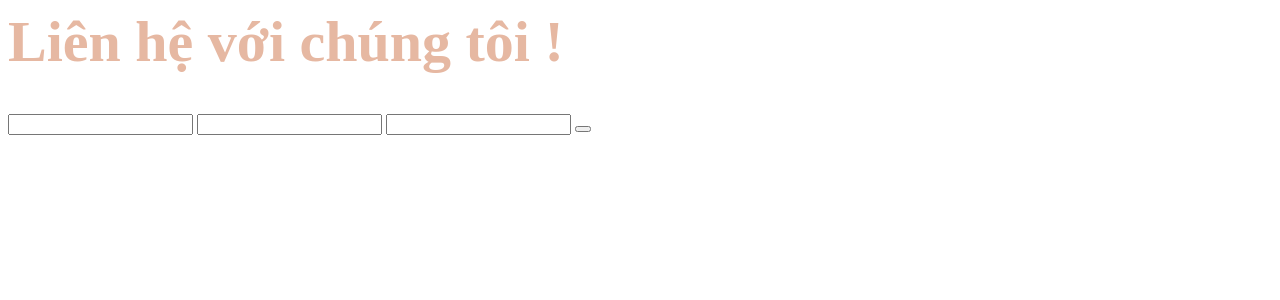
Repository: mingbeo100-boop/website_bancheonline
Page: http://localhost/pages/lienhe.php
The author's editor kept a copy of each file at every save. The page is drawn from the files as they stood at one save, then again after the next save.
The browser window is 1280 px wide. The pictures show the whole page.
The page is run by PHP 8.4 with error messages shown; the project is at /var/www/html/.

Above is the page before, as saved 2025-11-27 07:55:50.

### pages/lienhe.php
    <style>
        h1 {
            font-family: 'Dancing Script', cursive;
            color: #E6B8A2;
            font-size: 58px;
        }
    </style>

    <h1 class="text-center">Liên hệ với chúng tôi !</h1>

    <form>
        <input type="text" name="name" required>
        <input type="number" name="number" required>
        <input type="email" name="email" required>
        <button type="submit" value="GỬI"></button>
    </form>

After the next save:
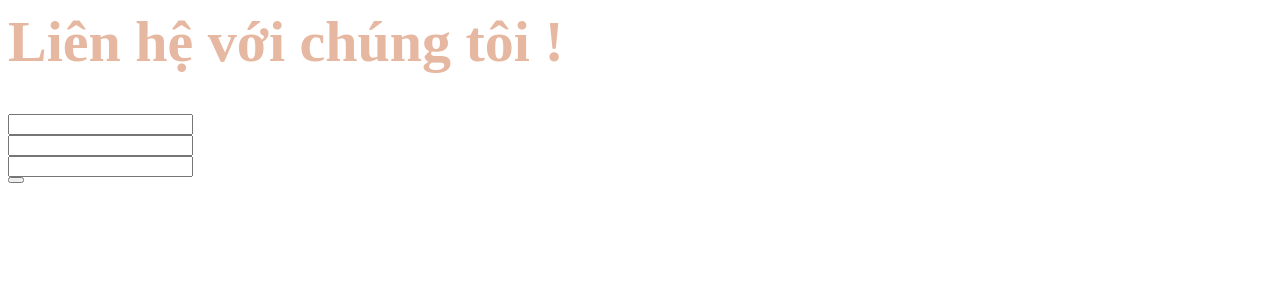
Saved 45 s later.
--- a/pages/lienhe.php
+++ b/pages/lienhe.php
@@ -9,8 +9,8 @@
     <h1 class="text-center">Liên hệ với chúng tôi !</h1>
 
     <form>
-        <input type="text" name="name" required>
-        <input type="number" name="number" required>
-        <input type="email" name="email" required>
+        <input type="text" name="name" required> <br>
+        <input type="number" name="number" required> <br>
+        <input type="email" name="email" required> <br>
         <button type="submit" value="GỬI"></button>
     </form>
